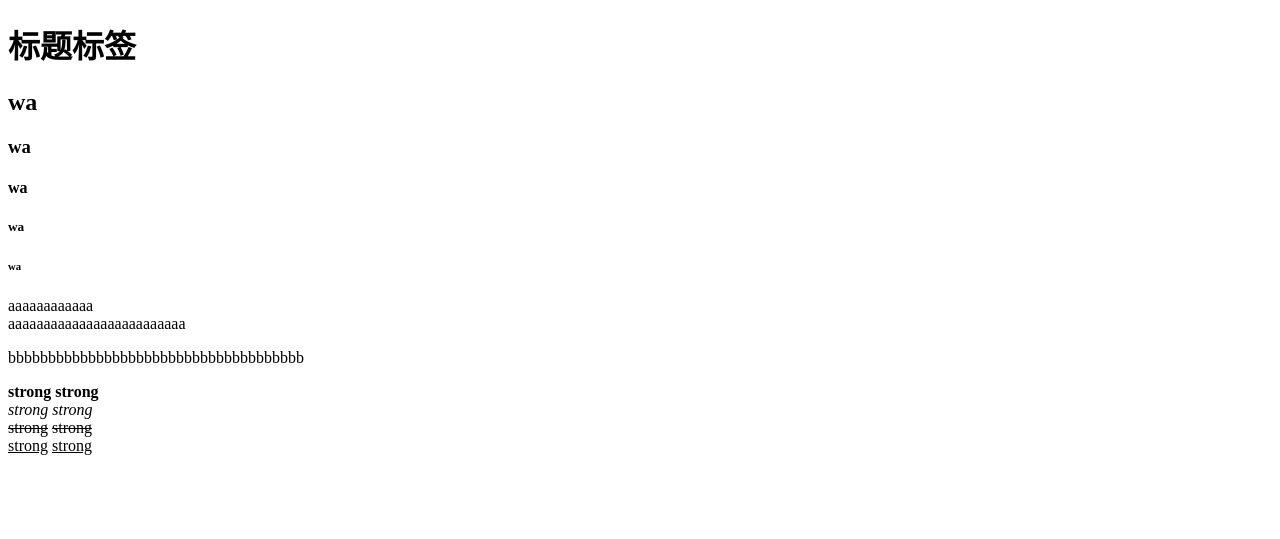
Repository: Qwenicq/My_project
Page: html/vscode_frist.htm
An editor plug-in stored every save of this project. The page is shown before and after the next save, followed by the edit.
The browser window is 1280 px wide. The pictures show the whole page.

Above is the page before, as saved 2023-03-27 21:28:55.

After the next save:
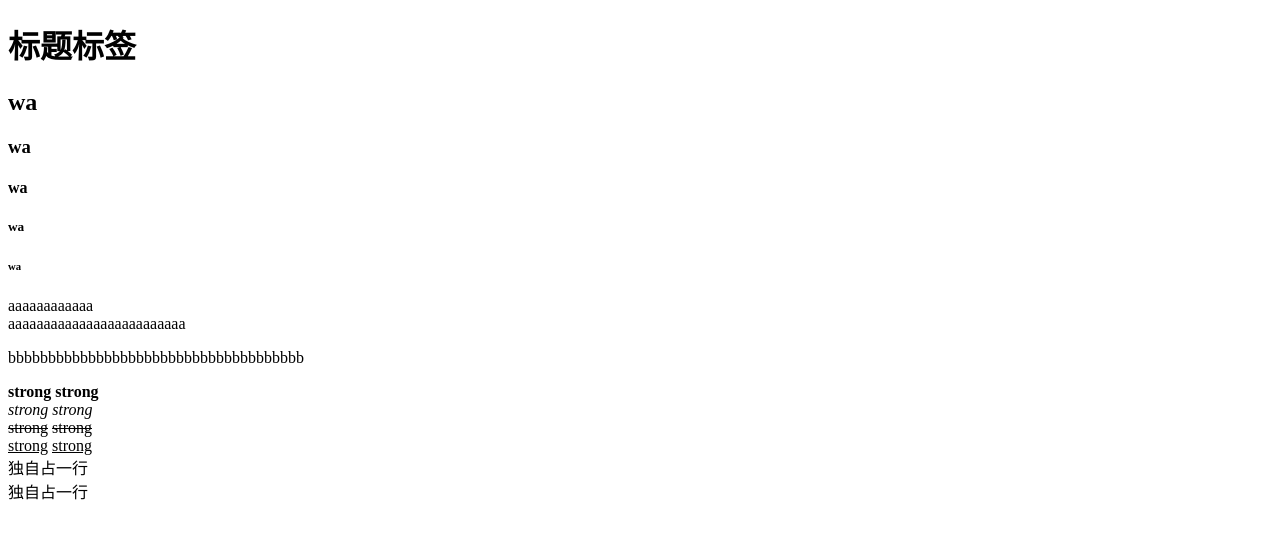
Saved 4 min 19 s later.
--- a/html/vscode_frist.htm
+++ b/html/vscode_frist.htm
@@ -24,6 +24,7 @@
     <s>strong</s><br />
     <ins>strong</ins>
     <u>strong</u>
-
+    <div>独自占一行</div>
+    <div>独自占一行</div>
 </body>
 </html>
